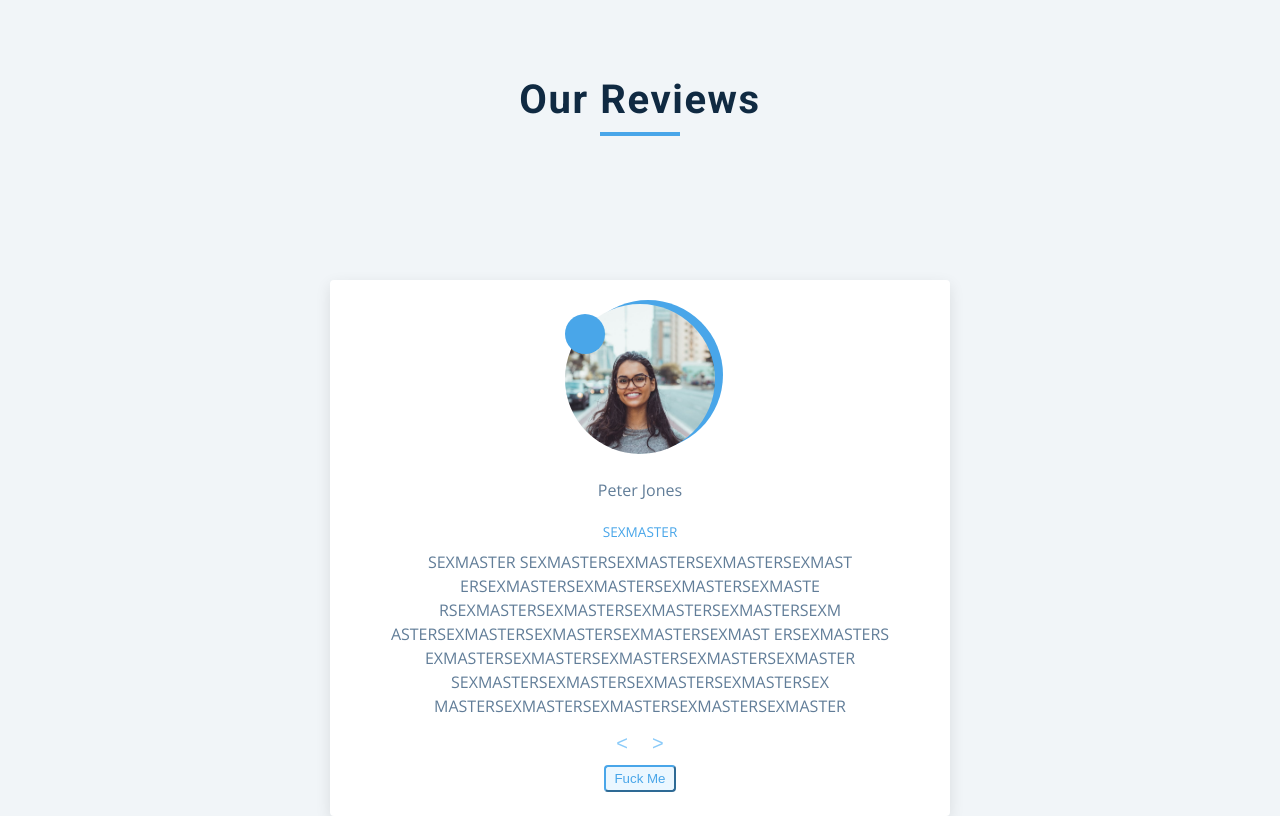
Repository: hseunghwan/practice-vanilla-javascript
Page: Carousel/Carousel.html
The author's editor kept a copy of each file at every save. The page is drawn from the files as they stood at one save, then again after the next save.
The browser window is 1280 px wide. The pictures show the whole page.

Above is the page before, as saved 2023-05-10 20:47:02.

After the next save:
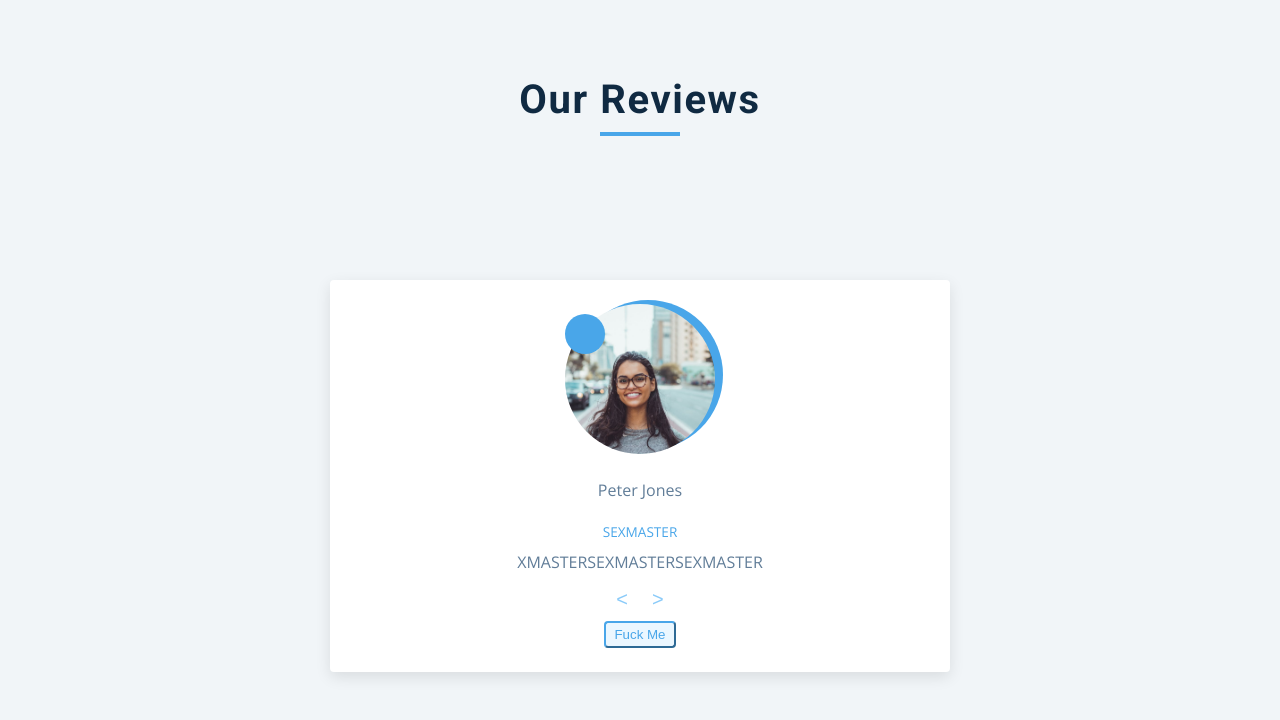
Saved 26 s later.
--- a/Carousel/Carousel.html
+++ b/Carousel/Carousel.html
@@ -20,11 +20,7 @@
                     </div>
                     <p id="auther">Peter Jones</p>
                     <p id="job">SEXMASTER</p>
-                    <p id="info">
-                        SEXMASTER SEXMASTERSEXMASTERSEXMASTERSEXMAST ERSEXMASTERSEXMASTERSEXMASTERSEXMASTE RSEXMASTERSEXMASTERSEXMASTERSEXMASTERSEXM
-                        ASTERSEXMASTERSEXMASTERSEXMASTERSEXMAST ERSEXMASTERS EXMASTERSEXMASTERSEXMASTERSEXMASTERSEXMASTER
-                        SEXMASTERSEXMASTERSEXMASTERSEXMASTERSEX MASTERSEXMASTERSEXMASTERSEXMASTERSEXMASTER
-                    </p>
+                    <p id="info">XMASTERSEXMASTERSEXMASTER</p>
                     <div>
                         <button class="prev-btn"><</button>
                         <button class="next-btn">></button>
